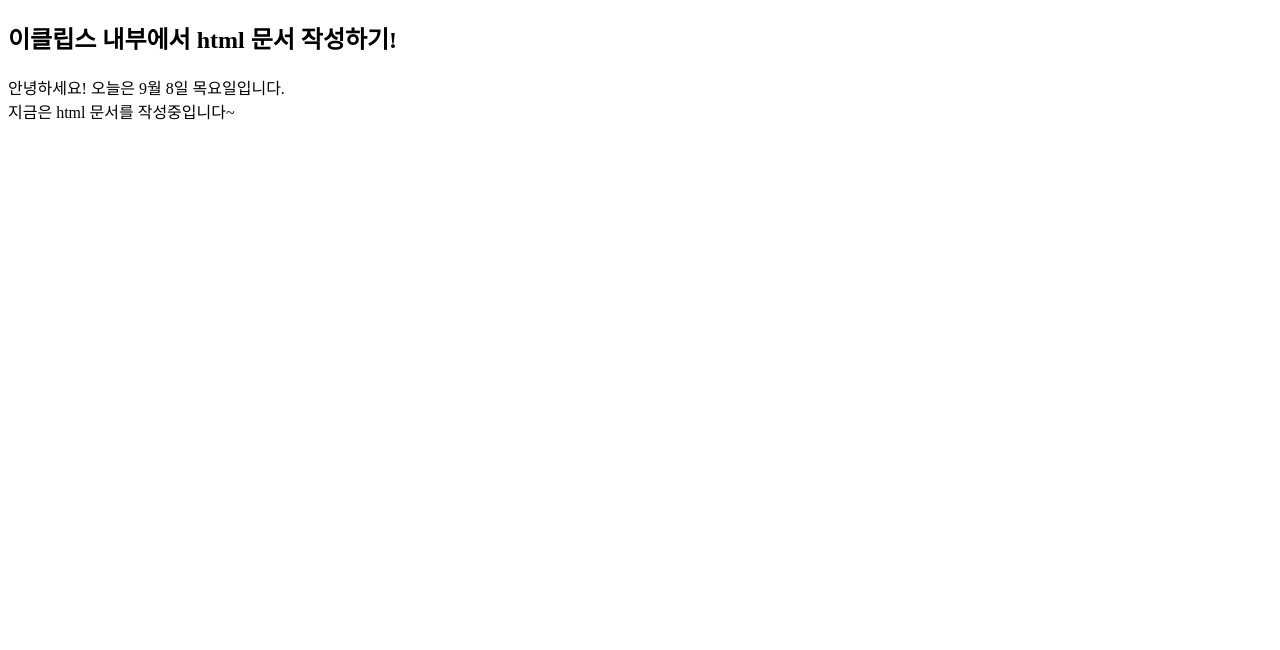
Repository: choipasak/jsp_practice
Page: http://localhost/JspBasic/hello.jsp
These files come from the project's save history. The page is drawn as it stood at one moment and after the next save; the edit follows.
The browser window is 1280 px wide. The pictures show the whole page.
The page is served by Tomcat 9. Other server files are loaded and not shown.

Above is the page before, as saved 2023-09-08 07:53:28.

### JspBasic/src/main/webapp/hello.jsp
<%@ page language="java" contentType="text/html; charset=UTF-8"
	pageEncoding="UTF-8"%>
<!DOCTYPE html>
<html>
<head>
<meta charset="UTF-8">
<title>Insert title here</title>
</head>
<body>
	<h2>이클립스 내부에서 html 문서 작성하기!</h2>
	<p>
		안녕하세요! 오늘은 9월 8일 목요일입니다.<br>
		지금은 html 문서를 작성중입니다~
	</p>
</body>
</html>

After the next save:
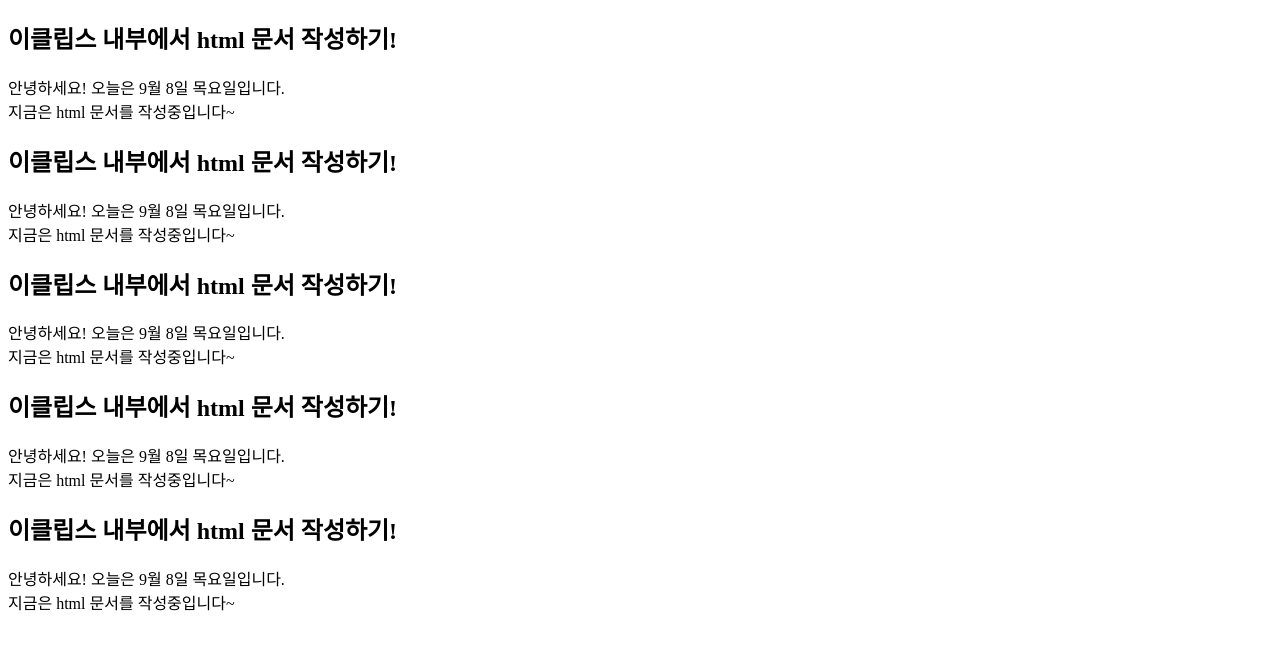
Saved 2 min 21 s later.
--- a/JspBasic/src/main/webapp/hello.jsp
+++ b/JspBasic/src/main/webapp/hello.jsp
@@ -7,10 +7,12 @@
 <title>Insert title here</title>
 </head>
 <body>
-	<h2>이클립스 내부에서 html 문서 작성하기!</h2>
-	<p>
-		안녕하세요! 오늘은 9월 8일 목요일입니다.<br>
-		지금은 html 문서를 작성중입니다~
-	</p>
+	<% for(int i=1; i<=5; i++){ %>
+		<h2>이클립스 내부에서 html 문서 작성하기!</h2>
+		<p>
+			안녕하세요! 오늘은 9월 8일 목요일입니다.<br>
+			지금은 html 문서를 작성중입니다~
+		</p>
+	<% } %>
 </body>
 </html>
